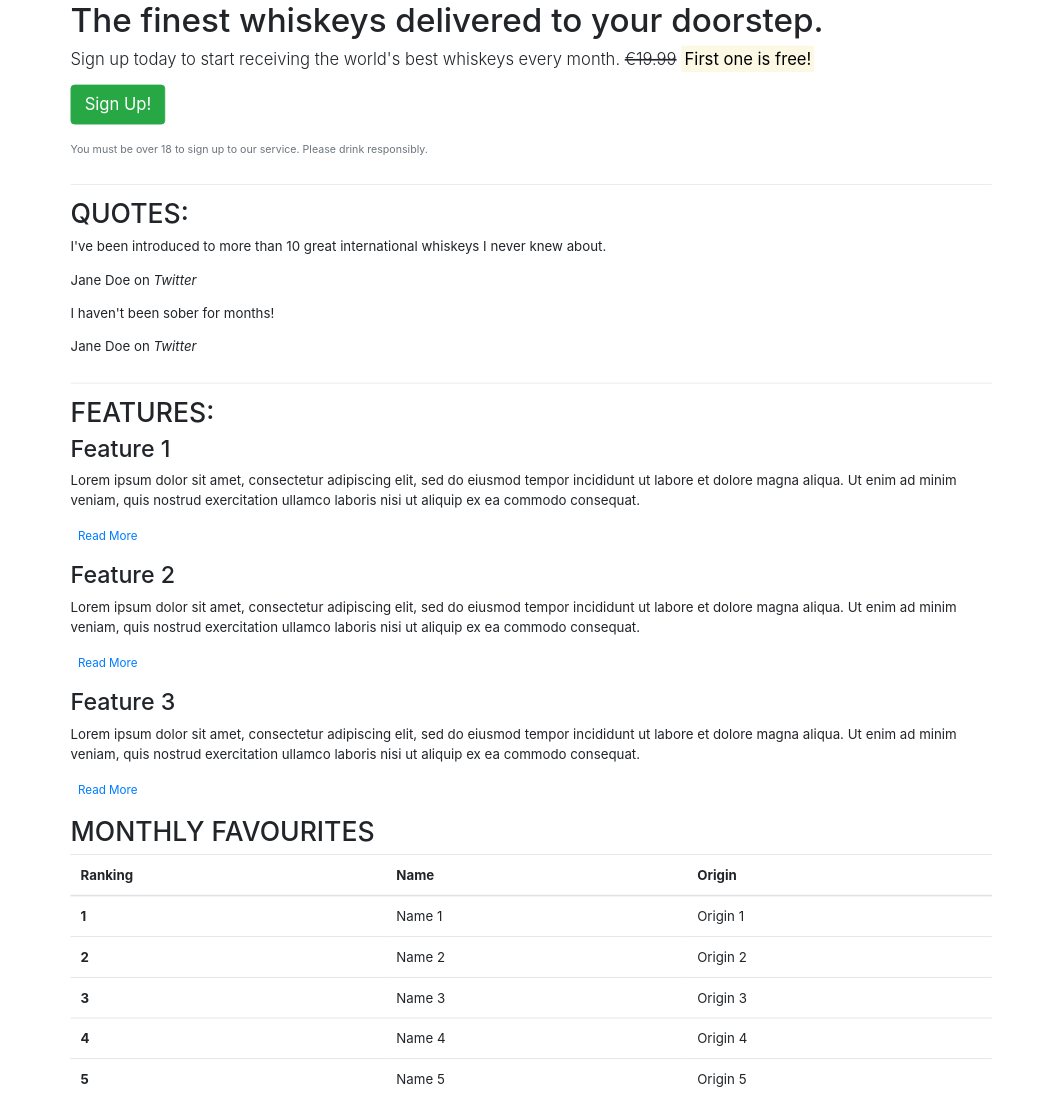
Repository: ElaineArchbold/bootstrap_landing_page1
Page: index.html
The author's editor kept a record of every edit. The page is drawn from the files as they stood at one moment, then again after the next edit.
The browser window is 1280 px wide. The pictures show the whole page, at 83% of full size.

Above is the page before.

After the next edit:
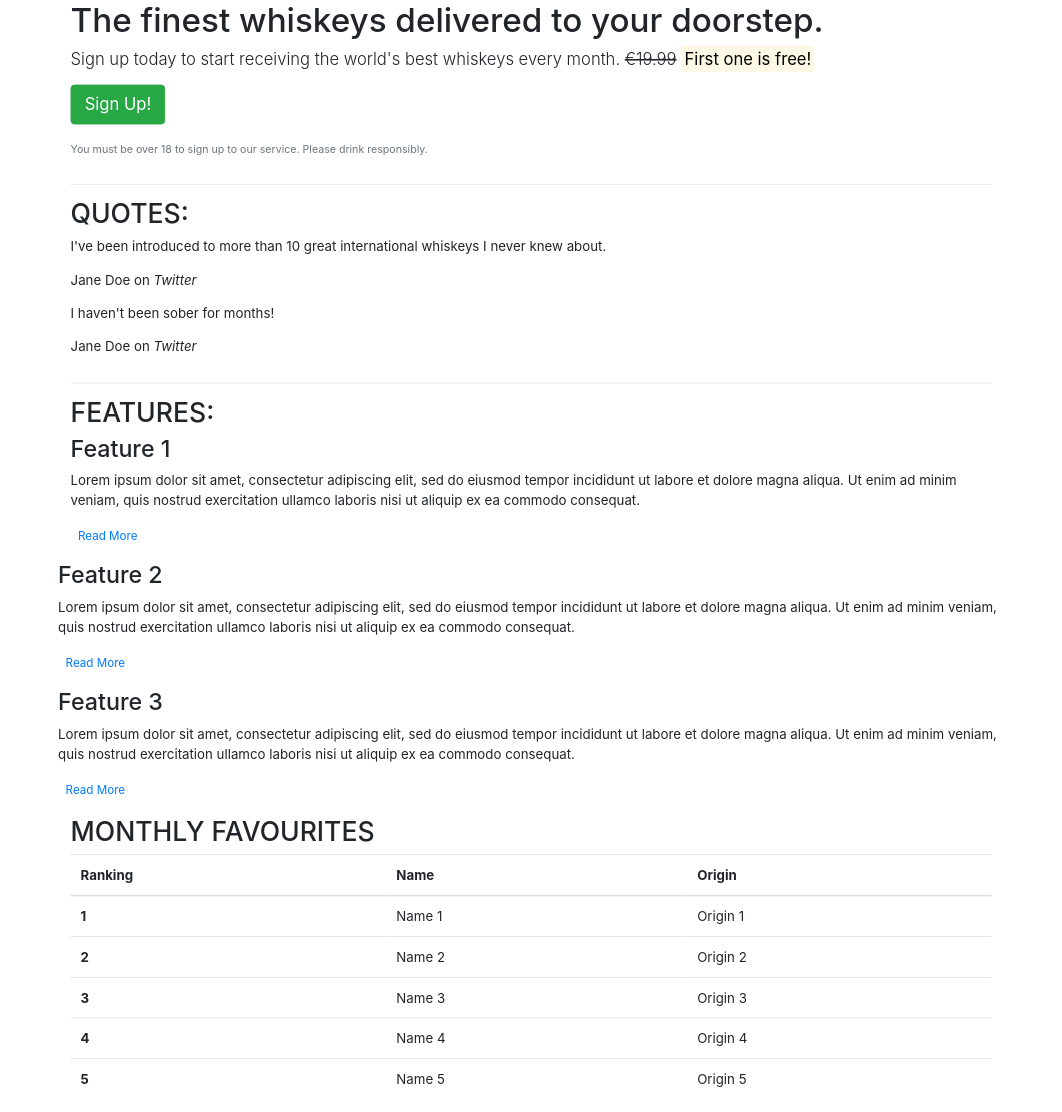
The edit:
--- a/index.html
+++ b/index.html
@@ -58,10 +58,11 @@
             </div>
             <div class="row">
                 <div class="col-12">
-                <div class="feature">
-                    <h3>Feature 1</h3>
-                    <p>Lorem ipsum dolor sit amet, consectetur adipiscing elit, sed do eiusmod tempor incididunt ut labore et dolore magna aliqua. Ut enim ad minim veniam, quis nostrud exercitation ullamco laboris nisi ut aliquip ex ea commodo consequat.</p>
-                    <p><a class="btn btn-sm btn-default" href="">Read More</a></p>
+                    <div class="feature">
+                        <h3>Feature 1</h3>
+                        <p>Lorem ipsum dolor sit amet, consectetur adipiscing elit, sed do eiusmod tempor incididunt ut labore et dolore magna aliqua. Ut enim ad minim veniam, quis nostrud exercitation ullamco laboris nisi ut aliquip ex ea commodo consequat.</p>
+                        <p><a class="btn btn-sm btn-default" href="">Read More</a></p>
+                    </div>
                 </div>
                 <div class="feature">
                     <h3>Feature 2</h3>
